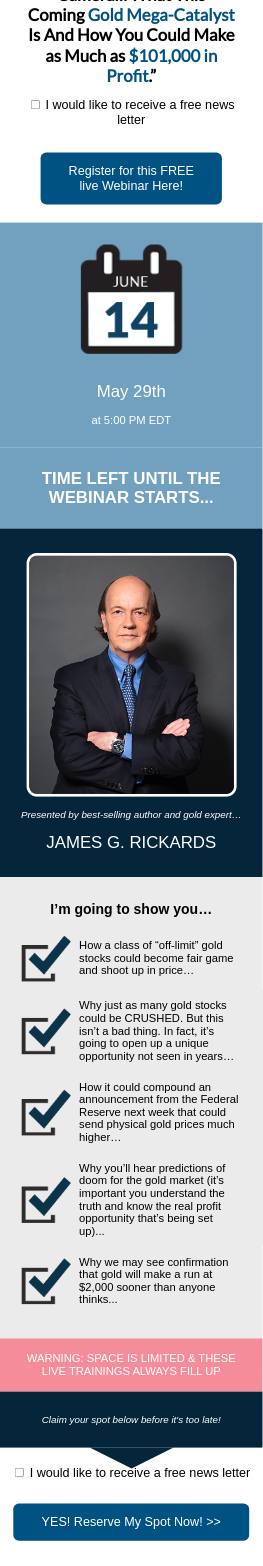
Repository: KrystellBarraza/Test
Page: index.html
An editor plug-in stored every save of this project. The page is shown before and after the next save, followed by the edit.
The browser window is 375 px wide. The pictures show the part of the page from y = 400 to 2640 px (the page is 2637 px tall before and 2640 px after), at 70% of full size.

Above is the page before, as saved 2019-10-07 11:55:48.

### index.html
<!DOCTYPE <!DOCTYPE html>
<!--[if lt IE 7]>      <html class="no-js lt-ie9 lt-ie8 lt-ie7"> <![endif]-->
<!--[if IE 7]>         <html class="no-js lt-ie9 lt-ie8"> <![endif]-->
<!--[if IE 8]>         <html class="no-js lt-ie9"> <![endif]-->
<!--[if gt IE 8]><!--> <html class="no-js"> <!--<![endif]-->
    <head>
        <meta charset="utf-8">
        <meta http-equiv="X-UA-Compatible" content="IE=edge">
        <title>Newsletter Offer</title>
        <meta name="description" content="Newsletter">
        <meta name="viewport" content="width=device-width, initial-scale=1">
        <link href="https://fonts.googleapis.com/css?family=Lato&display=swap" rel="stylesheet">
        <link rel="stylesheet" href="style.css">
    </head>
    <body>
        <div class="container-top">
            <div class="header">
                <p>Best-Selling Author and Gold Expert<br> Jim Rickards’ Presents…</p>
            </div>

            <div class="content">
                <hr style="border: 2px solid #005282">
                <br>

                <h1>“In just days a Never-Before- Seen Gold Anomaly
                    Will Create a Totally New Class of Penny Gold Stocks...
                    <br>
                    <br>
                    I’ve Enlisted One of the World’s Top Geologists
                    to Help Me Reveal... Live on Camera… What This<br>
                    Coming <span class="highlight">Gold Mega-Catalyst</span> Is And How You Could Make
                    as Much as <span class="highlight">$101,000 in Profit</span>.”
                </h1>
                <br>

                <input type="checkbox" name="signup" value="yes"><span style="font-size: 18px; font-family: arial, sans-serif;"> I would like to receive a free news letter</span><br>
                <br>
                <br>
                <div class="button-container">
                    <button class="button button-top"><span style="font-size: 18px; font-family: arial, sans-serif; font-weight: 500;">Register for this FREE <br>live Webinar Here!</span></button>
                </div>
            </div>
        </div>

        <div class="container-middle">
            <div class="blocks blocks-left">
                <img src="images/Calendar.png">
                <br>
                <br>
                <br>
                <p style="color: #fff; font-weight: 500;" class="date">May 29th</p>
                <br>
                <span class="time">at 5:00 PM EDT</span>
            </div>

            <div class="blocks blocks-right">
                <p style="color: #fff;" class="webinar">TIME LEFT UNTIL THE WEBINAR STARTS...</p>
            </div>
        </div>

        <div class="container-bottom">
            <div class="block-left">
                <img src="images/JimRickards.png">
                <br>
                <br>
                <p style="color: #fff; font-size: 14px; font-style: italic;">Presented by best-selling author and gold expert…</p>
                <br>
                <p style="color: #fff; font-size: 24px;">JAMES G. RICKARDS</p>
            </div>

            <div class="block-right">
                <p style="text-align: center; font-weight: bold;">I’m going to show you…</p>

                <table>
                    <tr>
                        <td><img src="images/checkmark.png"></td>
                        <td><p style="font-size: 16px;">How a class of “off-limit” gold stocks could become fair game and shoot up in price…</p></td>
                    </tr>

                    <tr>
                        <td><img src="images/checkmark.png"></td>
                        <td><p style="font-size: 16px;">Why just as many gold stocks could be CRUSHED. But this isn’t a bad thing.
                        In fact, it’s going to open up a unique opportunity not seen in years…</p></td>
                    </tr>

                    <tr>
                        <td><img src="images/checkmark.png"></td>
                        <td><p style="font-size: 16px;">How it could compound an announcement from the Federal Reserve next week
                        that could send physical gold prices much higher…</p></td>
                    </tr>

                    <tr>
                        <td><img src="images/checkmark.png"></td>
                        <td><p style="font-size: 16px;">Why you’ll hear predictions of doom for the gold market (it’s important you
                        understand the truth and know the real profit opportunity that’s being set up)...</p></td>
                    </tr>

                    <tr>
                        <td><img src="images/checkmark.png"></td>
                        <td><p style="font-size: 16px;">Why we may see confirmation that gold will make a run at $2,000 sooner than
                        anyone thinks...</p></td>
                    </tr>
                </table>
            </div>

        </div>

        <div class="container-footer">
            <div class="warning">
                <img src="images/exclamation.png" class="exclamation-mark"/>
                <p style="color: #fff; font-size: 16px;" class="warning-text">WARNING: SPACE IS LIMITED & THESE LIVE TRAININGS ALWAYS FILL UP</p>
            </div>

            <div class="claim">
                <p style="color: #fff; font-size: 14px; font-style: italic;">Claim your spot below before it's too late!</p>
            </div>

            <div class="checkbox">
                <input type="checkbox" name="signup" value="yes"><span style="font-size: 18px; font-family: arial, sans-serif;"> I would like to receive a free news letter</span><br>
            </div>

            <div class="closing-button">
                <button class="button button-top"><span style="font-size: 18px; font-family: arial, sans-serif; font-weight: 500;">YES! Reserve My Spot Now! >></span></button>
            </div>

            <div class="footer">
                <br>
                <br>
            </div>
        </div>

        <script src="app.js" async defer></script>
    </body>
</html>

### style.css
* {
    box-sizing: border-box;
}

html {
    scroll-behavior: smooth;
}

body {
    margin: 0;
    background-color: #fff;
}

p {
    font-family: arial, sans-serif;
    color: #000;
    margin: 0;
    font-size: 18px;
}

h1 {
    font-family: "Lato", sans-serif;
    margin: 0;
}

/* Container - Top */

.container-top {
    display: grid;
    grid-template-columns: repeat(12, 1fr);
    grid-template-rows: auto 1fr 1fr;
    grid-gap: 5px;
    grid-column-gap: 20px;
    padding-left: 24%;
    padding-right: 24%;
    padding-top: 2%;
    grid-template-areas:
    "h h h h h h h h h h h h"
    "c c c c c c c c c c c c"
    "c c c c c c c c c c c c"
    "c c c c c c c c c c c c"
    "c c c c c c c c c c c c"
    "c c c c c c c c c c c c"
    "c c c c c c c c c c c c";
}

.header {
    grid-area: h;
    text-align: center;
    line-height: 19pt;
}

.content {
    grid-area: c;
    text-align: center;
}

.highlight {
    color: #005282;
}

.button {
    background-color: #005282;
    border: none;
    color: #fff;
    padding-top: 16px;
    padding-bottom: 16px;
    padding-left: 120px;
    padding-right: 120px;
    border-radius: 8px;
}

.button-container {
    align-content: center;
}

@media screen and (max-width: 415px) {
    .container-top {
        display: grid;
        grid-template-columns: repeat(12, 1fr);
        grid-template-rows: auto 1fr 1fr;
        grid-gap: 5px;
        grid-column-gap: 20px;
        padding-left: 8%;
        padding-right: 8%;
        padding-top: 7%;
        grid-template-areas:
        "h h h h h h h h h h h h"
        "c c c c c c c c c c c c"
        "c c c c c c c c c c c c"
        "c c c c c c c c c c c c"
        "c c c c c c c c c c c c"
        "c c c c c c c c c c c c"
        "c c c c c c c c c c c c";
    }

    p {
        font-size: 15px;
    }

    h1 {
        font-size: 24px;
    }

    .button {
        padding-left: 40px;
        padding-right: 40px;
    }
}

/* Container - Middle */

.container-middle {
    display: grid;
    grid-template-columns: repeat(12, 1fr);
    grid-template-rows: auto 1fr 1fr;
    grid-gap: 5px;
    grid-column-gap: 20px;
    padding-left: 20%;
    padding-right: 20%;
    padding-top: 2%;
    grid-template-areas:
    "l l l l r r r r r r r r"
    "l l l l r r r r r r r r"
    "l l l l r r r r r r r r"
    "l l l l r r r r r r r r"
    "l l l l r r r r r r r r";
}

.blocks {
    background-color: #71a1be;
    color: #fff;
    padding-top: 30px;
    padding-bottom: 30px;
}

.blocks-left {
    grid-area: l;
    text-align: center;
}

.blocks-left > img {
    object-fit: contain;
    width: 40%;
}

.blocks-right {
    grid-area: r;
    text-align: center;
}

.time {
    font-size: 10px!important;
    font-family: arial, sans-serif;
}

@media screen and (max-width: 415px) {
    .container-middle {
        display: grid;
        grid-template-columns: repeat(12, 1fr);
        grid-template-rows: auto 1fr 1fr;
        grid-gap: 0;
        grid-column-gap: 20px;
        padding-left: 0%;
        padding-right: 0%;
        padding-top: 7%;
        grid-template-areas:
        "l l l l l l l l l l l l"
        "l l l l l l l l l l l l"
        "l l l l l l l l l l l l"
        "l l l l l l l l l l l l"
        "l l l l l l l l l l l l"
        "r r r r r r r r r r r r"
        "r r r r r r r r r r r r"
        "r r r r r r r r r r r r"
        "r r r r r r r r r r r r"
        "r r r r r r r r r r r r";
    }

    p {
        font-size: 20px;
    }

    .time {
        font-size: 16px!important;
    }

    .webinar {
        padding-left: 20px;
        padding-right: 20px;
        font-weight: 600;
        font-size: 24px;
    }

    .date {
        font-weight: 600;
        font-size: 24px;
    }
}

/* Container - Bottom */

.container-bottom {
    display: grid;
    grid-template-columns: repeat(13, 1fr);
    grid-template-rows: auto 1fr 1fr;
    grid-gap: 5px;
    grid-column-gap: 0px;
    padding-left: 20%;
    padding-right: 20%;
    padding-top: 2%;
    grid-template-areas:
    "b b b b b b g g g g g g g"
    "b b b b b b g g g g g g g"
    "b b b b b b g g g g g g g"
    "b b b b b b g g g g g g g"
    "b b b b b b g g g g g g g";
}

.block-left {
    grid-area: b;
    background-color: #05263a;
    text-align: center;
    padding-top: 35px;
    padding-bottom: 35px;
}

.block-left > img {
    object-fit: contain;
    width: 80%;
}

.block-right {
    grid-area: g;
    background-color: #ebebeb;
    color: #000;
    padding-top: 35px;
    padding-bottom: 35px;
    padding-left: 20px;
    padding-right: 20px;
}

td {
    padding-top: 15px;
}

table {
    border-spacing: 10px 10px;
}

@media screen and (max-width: 414px) {
    .container-bottom {
        display: grid;
        grid-template-columns: repeat(8, 1fr);
        grid-template-rows: auto 1fr 1fr;
        grid-gap: 0;
        grid-column-gap: 20px;
        padding: 0;
        grid-template-areas:
        "b b b b b b b b"
        "b b b b b b b b"
        "b b b b b b b b"
        "b b b b b b b b"
        "b b b b b b b b"
        "g g g g g g g g"
        "g g g g g g g g"
        "g g g g g g g g"
        "g g g g g g g g"
        "g g g g g g g g";
    }
}

/* Container - Footer */

.container-footer {
    display: grid;
    grid-template-columns: repeat(12, 1fr);
    grid-template-rows: auto 1fr 1fr;
    grid-column-gap: 20px;
    padding-left: 20%;
    padding-right: 20%;
    padding-top: 2%;
    grid-template-areas:
    "p p p p p p p p p p p p"
    "n n n n n n n n n n n n"
    "w w w w w w w w w w w w"
    "s s s s s s s s s s s s"
    "f f f f f f f f f f f f";
}

.warning {
    grid-area: p;
    background-color: #f58c99;
    text-align: center;
    align-content: center;
    padding-left: 60px;
    padding-right: 60px;
    display: flex;
}

.exclamation-mark {
    width: 45px;
    height: 45px;
    margin: 6px;
}

.warning-text {
    padding-top: 20px;
    padding-left: 25px;
    padding-bottom: 20px;
}

.claim {
    grid-area: n;
    background-color: #05263a;
    text-align: center;
    padding-top: 32px;
    padding-bottom: 32px;
    position: relative;
}

.claim::after {
    content:'';
    position: absolute;
    top: 100%;
    left: 0;
    right: 0;
    margin: 0 auto;
    width: 0;
    height: 0;
    border-top: solid 30px #05263a;
    border-left: solid 60px transparent;
    border-right: solid 60px transparent;
}

.checkbox {
    grid-area: w;
    text-align: center;
    padding-top: 26px;
    padding-bottom: 26px;
}

.closing-button {
    grid-area: s;
    text-align: center;
}

.footer {
    grid-area: f;
}

@media screen and (max-width: 414px) {
    .container-footer {
        display: grid;
        grid-template-columns: repeat(12, 1fr);
        grid-template-rows: auto 1fr 1fr;
        grid-column-gap: 20px;
        padding: 0;
        grid-template-areas:
        "p p p p p p p p p p p p"
        "n n n n n n n n n n n n"
        "w w w w w w w w w w w w"
        "s s s s s s s s s s s s"
        "f f f f f f f f f f f f"
        "f f f f f f f f f f f f"
        "f f f f f f f f f f f f";
    }

    .exclamation-mark {
        display: none;
    }

    .warning {
        padding-left: 20px;
        padding-right: 20px;
    }

    .warning-text {
        padding-left: 0;
    }
}

Loaded but not shown: app.js (no stored copy; drawn as an empty file)

After the next save:
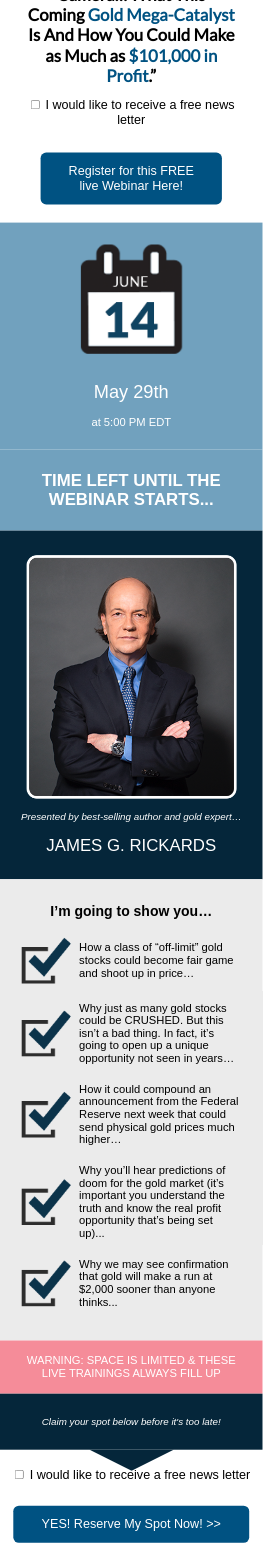
Saved 17 s later.
--- a/style.css
+++ b/style.css
@@ -194,7 +194,7 @@
 
     .date {
         font-weight: 600;
-        font-size: 24px;
+        font-size: 26px;
     }
 }
 
